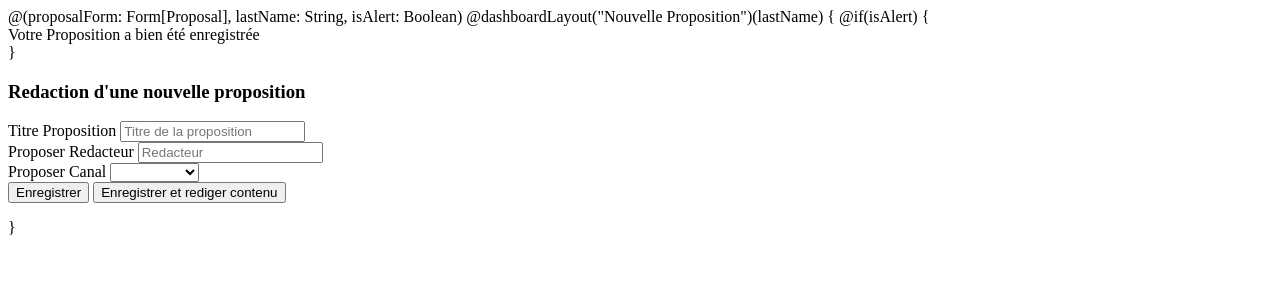
Repository: spirale-software/labo_master
Page: Application/oneDotCom/app/views/proposalForm.scala.html
The author's editor kept a copy of each file at every save. The page is drawn from the files as they stood at one save, then again after the next save.
The browser window is 1280 px wide. The pictures show the whole page.

Above is the page before, as saved 2017-03-29 02:54:28.

### Application/oneDotCom/app/views/proposalForm.scala.html
@(proposalForm: Form[Proposal], lastName: String, isAlert: Boolean)

@dashboardLayout("Nouvelle Proposition")(lastName) {
	<meta content="text/html; charset=UTF-8" http-equiv="Content-Type">

	@if(isAlert) {
		<div class="alert alert-success" role="alert"> Votre Proposition a bien été enregistrée</div>
	}


	<div class="panel panel-default">
                <!-- Default panel contents -->
                <div class="panel-heading"><h3>Redaction d'une nouvelle proposition</h3></div>

                <form method="post" action="@routes.ProposalController.addProposalAction">
                    <div class="container divProposition">
                        <div class="form-group">
                            <label for="exampleInputEmail1">Titre Proposition</label>
                            <input type="text" class="form-control" name="propositionName" id="exampleInputEmail1"
                                   placeholder="Titre de la proposition">
                        </div>
                        <div class="form-group">
                            <label for="assignedWriter">Proposer Redacteur</label>
                            <input type="text" class="form-control" name="assignedWriter" id="assignedWriter"
                            	placeholder="Redacteur">
                        </div>
                        <div class="form-group">
                            <label for="inputCanal">Proposer Canal</label>
                            <select id="inputCanal" class="form-control" name="propososedCanal">
                                <option></option>
                                <option>Facebook</option>
                                <option>Twitter</option>
                                <option>Mailing List</option>
                            </select>

                        </div>

                        <div>
                            <button type="submit" class="btn btn-primary" id="save">Enregistrer</button>
                            <button type="submit" class="btn btn-primary" id="saveAndRedact">Enregistrer et rediger contenu</button>
                        </div>
                    </div>
                </form>

            </div>

}

After the next save:
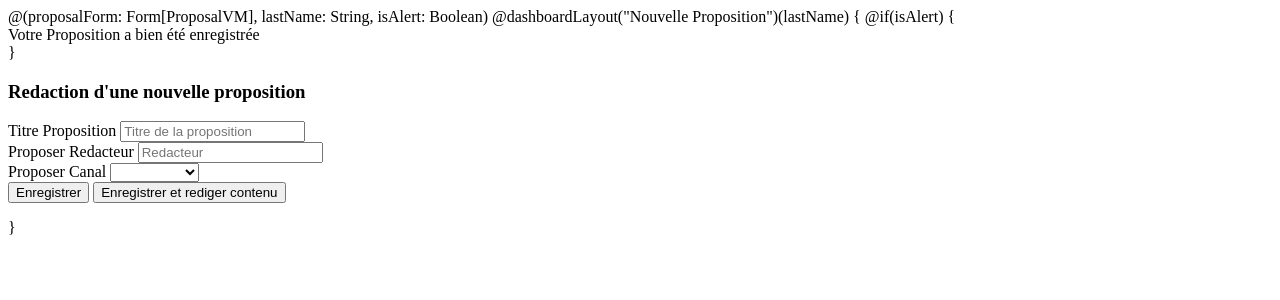
Saved 14 h 49 min later.
--- a/Application/oneDotCom/app/views/proposalForm.scala.html
+++ b/Application/oneDotCom/app/views/proposalForm.scala.html
@@ -1,4 +1,4 @@
-@(proposalForm: Form[Proposal], lastName: String, isAlert: Boolean)
+@(proposalForm: Form[ProposalVM], lastName: String, isAlert: Boolean)
 
 @dashboardLayout("Nouvelle Proposition")(lastName) {
 	<meta content="text/html; charset=UTF-8" http-equiv="Content-Type">
